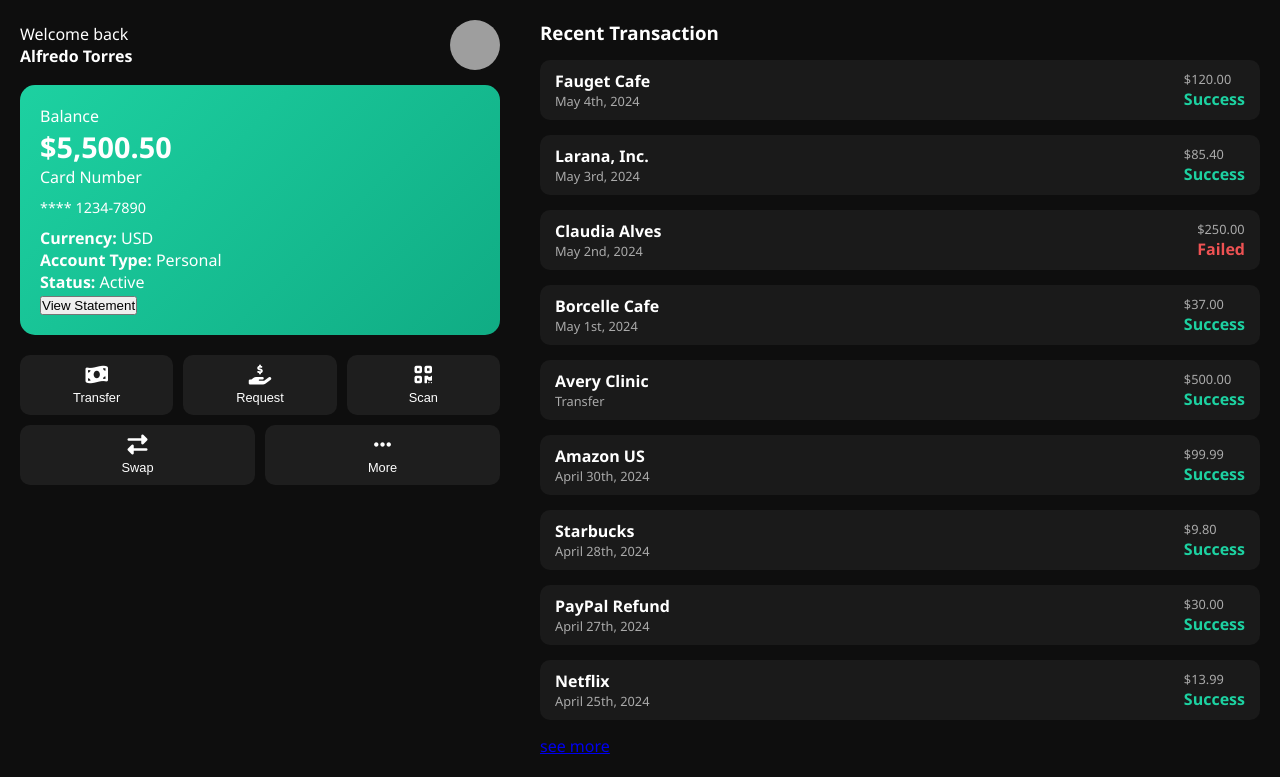
Repository: trenzyfx1/Wells-fargo-bank
Page: homepage.html
An editor plug-in stored every save of this project. The page is shown before and after the next save, followed by the edit.
The browser window is 1280 px wide. The pictures show the whole page.
Pictures or frames that could not be fetched are drawn as grey boxes. Some web libraries are served in a nearby version.

Above is the page before, as saved 2025-06-19 19:08:09.

### homepage.html
<!DOCTYPE html>
<html lang="en">

<head>
    <meta charset="UTF-8" />
    <meta name="viewport" content="width=device-width, initial-scale=1.0" />
    <title>Dashboard</title>
    <link rel="stylesheet" href="./CSS/homepage.css">
    <link rel="stylesheet" href="./CSS/all.min.css">
    <script src="https://kit.fontawesome.com/a2e8f1a1b0.js" crossorigin="anonymous"></script>
</head>

<body>
    <div class="dashboard">

        <div class="right-panel">
            <div class="profile">
                <p>Welcome back<br><strong>Alfredo Torres</strong></p>
                <img src="profile.jpg" alt="User" />
            </div>

            <div class="balance-card">
                <div class="card-top">
                    <p class="label">Balance</p>
                    <p class="balance">$5,500.50</p>

                    <p class="label">Card Number</p>
                    <p class="card-info">**** 1234-7890</p>
                </div>

                <div class="card-extra">
                    <p><strong>Currency:</strong> USD</p>
                    <p><strong>Account Type:</strong> Personal</p>
                    <p><strong>Status:</strong> Active</p>
                    <button class="statement-btn">View Statement</button>
                </div>
            </div>

            <div class="actions">
                <button><i class="fas fa-money-bill-wave"></i><span>Transfer</span></button>
                <button><i class="fas fa-hand-holding-usd"></i><span>Request</span></button>
                <button><i class="fas fa-qrcode"></i><span>Scan</span></button>
                <button><i class="fas fa-exchange-alt"></i><span>Swap</span></button>
                <button><i class="fas fa-ellipsis-h"></i><span>More</span></button>
            </div>
        </div>


        <!-- LEFT -->
        <div class="left-panel">
            <div class="transactions">
                <h3>Recent Transaction</h3>

                <!-- TRANSACTION LIST -->
                <div class="transaction">
                    <div>
                        <strong>Fauget Cafe</strong>
                        <p>May 4th, 2024</p>
                    </div>
                    <div class="right-detail">
                        <p>$120.00</p>
                        <span class="success">Success</span>
                    </div>
                </div>

                <div class="transaction">
                    <div>
                        <strong>Larana, Inc.</strong>
                        <p>May 3rd, 2024</p>
                    </div>
                    <div class="right-detail">
                        <p>$85.40</p>
                        <span class="success">Success</span>
                    </div>
                </div>

                <div class="transaction">
                    <div>
                        <strong>Claudia Alves</strong>
                        <p>May 2nd, 2024</p>
                    </div>
                    <div class="right-detail">
                        <p>$250.00</p>
                        <span class="failed">Failed</span>
                    </div>
                </div>

                <div class="transaction">
                    <div>
                        <strong>Borcelle Cafe</strong>
                        <p>May 1st, 2024</p>
                    </div>
                    <div class="right-detail">
                        <p>$37.00</p>
                        <span class="success">Success</span>
                    </div>
                </div>

                <div class="transaction">
                    <div>
                        <strong>Avery Clinic</strong>
                        <p>Transfer</p>
                    </div>
                    <div class="right-detail">
                        <p>$500.00</p>
                        <span class="success">Success</span>
                    </div>
                </div>

                <!-- EXTRA TRANSACTIONS -->
                <div class="transaction">
                    <div>
                        <strong>Amazon US</strong>
                        <p>April 30th, 2024</p>
                    </div>
                    <div class="right-detail">
                        <p>$99.99</p>
                        <span class="success">Success</span>
                    </div>
                </div>

                <div class="transaction">
                    <div>
                        <strong>Starbucks</strong>
                        <p>April 28th, 2024</p>
                    </div>
                    <div class="right-detail">
                        <p>$9.80</p>
                        <span class="success">Success</span>
                    </div>
                </div>

                <div class="transaction">
                    <div>
                        <strong>PayPal Refund</strong>
                        <p>April 27th, 2024</p>
                    </div>
                    <div class="right-detail">
                        <p>$30.00</p>
                        <span class="success">Success</span>
                    </div>
                </div>

                <div class="transaction">
                    <div>
                        <strong>Netflix</strong>
                        <p>April 25th, 2024</p>
                    </div>
                    <div class="right-detail">
                        <p>$13.99</p>
                        <span class="success">Success</span>
                    </div>
                </div>

                <a class="see-more" href="#">see more</a>
            </div>
        </div>
    </div>

</body>

</html>

### CSS/homepage.css
* {
    margin: 0;
    padding: 0;
    box-sizing: border-box;
}

body {
    font-family: 'Segoe UI', sans-serif;
    background: #0e0e0e;
    color: white;
}

.dashboard {
    display: flex;
    flex-direction: column;
    gap: 20px;
    padding: 20px;
}

.profile {
    display: flex;
    justify-content: space-between;
    align-items: center;
}

.profile img {
    width: 50px;
    height: 50px;
    border-radius: 50%;
}

.balance-card {
    background: linear-gradient(135deg, #1dd1a1, #10ac84);
    padding: 20px;
    border-radius: 15px;
    color: #fff;
    margin-top: 15px;
}

.balance-card .balance {
    font-size: 1.8rem;
    font-weight: bold;
}

.card-info {
    margin: 10px 0;
    font-size: 0.9rem;
}

.actions {
    display: flex;
    flex-wrap: wrap;
    gap: 10px;
    margin-top: 20px;
}

.actions button {
    background: #1e1e1e;
    border: none;
    color: #fff;
    padding: 10px;
    border-radius: 10px;
    flex: 1 1 28%;
    display: flex;
    flex-direction: column;
    align-items: center;
    font-size: 0.8rem;
    gap: 5px;
    cursor: pointer;
}

.actions button i {
    font-size: 20px;
}

.search-bar {
    display: flex;
    margin-bottom: 20px;
}

.search-bar input {
    flex: 1;
    padding: 10px;
    border: none;
    border-radius: 10px 0 0 10px;
    background: #1e1e1e;
    color: white;
}

.search-bar button {
    background: #1e1e1e;
    border: none;
    color: white;
    padding: 10px;
    border-radius: 0 10px 10px 0;
    cursor: pointer;
}

.transactions {
    display: flex;
    flex-direction: column;
    gap: 15px;
}

.transaction {
    background: #1a1a1a;
    padding: 10px 15px;
    border-radius: 10px;
    display: flex;
    justify-content: space-between;
    align-items: center;
}

.transaction p {
    font-size: 0.8rem;
    color: #aaa;
}

.success {
    color: #1dd1a1;
    font-weight: bold;
}

.failed {
    color: #ee5253;
    font-weight: bold;
}



/* Desktop Layout */
@media (min-width: 768px) {
    .dashboard {
        flex-direction: row;
        align-items: flex-start;
        gap: 40px;
    }

    .left-panel {
        flex: 1.5;
    }

    .right-panel {
        flex: 1;
        position: sticky;
        top: 20px;
    }
}

Loaded but not shown: CSS/all.min.css (library)

After the next save:
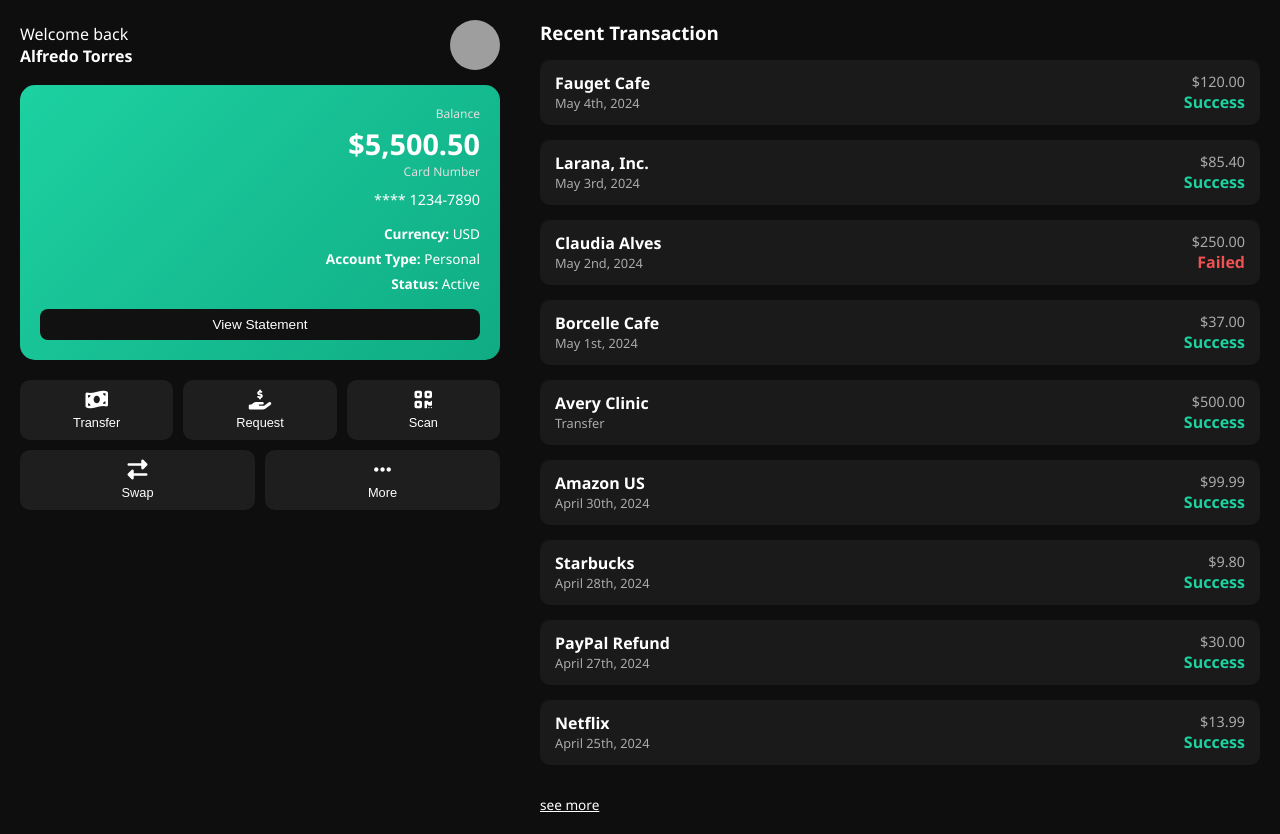
Saved 4 s later.
--- a/CSS/homepage.css
+++ b/CSS/homepage.css
@@ -126,6 +126,63 @@
     font-weight: bold;
 }
 
+/* Add inside existing CSS */
+
+.transaction {
+  background: #1a1a1a;
+  padding: 12px 15px;
+  border-radius: 10px;
+  display: flex;
+  justify-content: space-between;
+  align-items: flex-start;
+}
+
+.right-detail {
+  text-align: right;
+}
+
+.right-detail p {
+  margin: 0;
+  font-size: 0.9rem;
+}
+
+.see-more {
+  margin-top: 15px;
+  display: inline-block;
+  color: white;
+  font-size: 0.85rem;
+  text-decoration: underline;
+}
+
+.label {
+  font-size: 0.75rem;
+  color: #e0e0e0;
+  margin-bottom: 2px;
+}
+
+.card-top {
+  margin-bottom: 15px;
+  text-align: right;
+}
+
+.card-extra {
+  display: flex;
+  flex-direction: column;
+  gap: 6px;
+  text-align: right;
+  font-size: 0.85rem;
+}
+
+.statement-btn {
+  margin-top: 10px;
+  padding: 8px;
+  background: #111;
+  border: none;
+  color: white;
+  border-radius: 8px;
+  cursor: pointer;
+  font-size: 0.85rem;
+}
 
 
 /* Desktop Layout */
